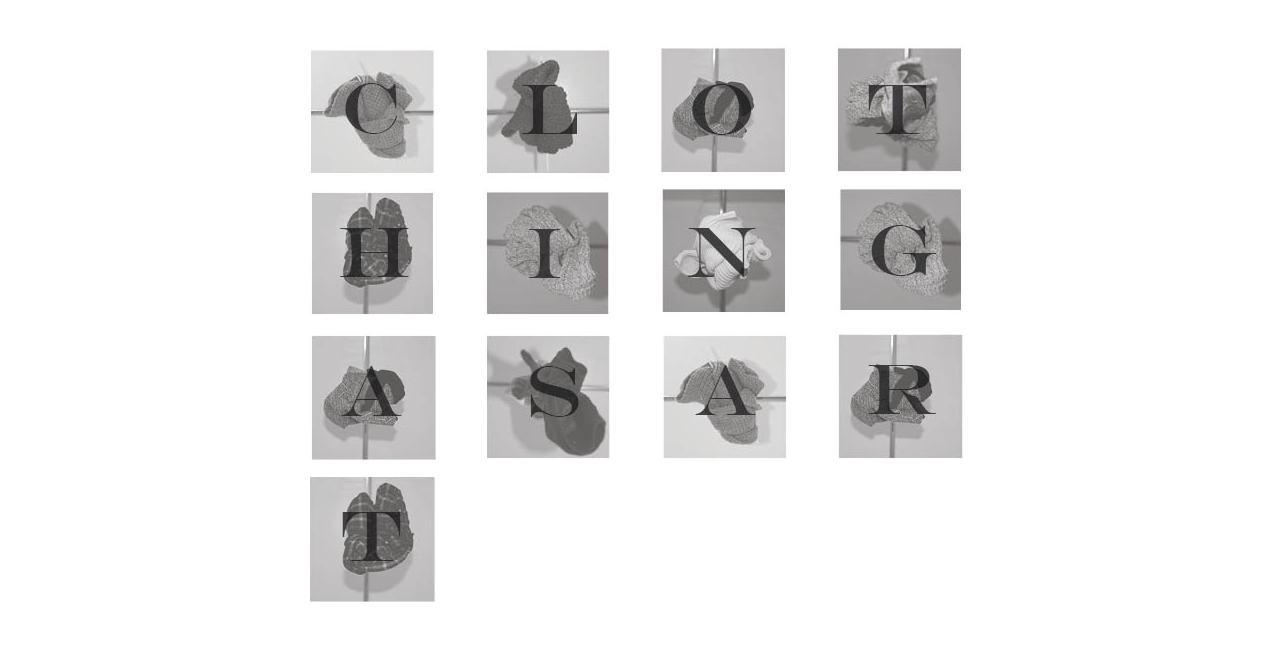
Repository: parkh899/parkh899.github.io
Page: studio/space/index.html
The author's editor kept a record of every edit. The page is drawn from the files as they stood at one moment, then again after the next edit.
The browser window is 1280 px wide. The pictures show the whole page.

Above is the page before.

After the next edit:
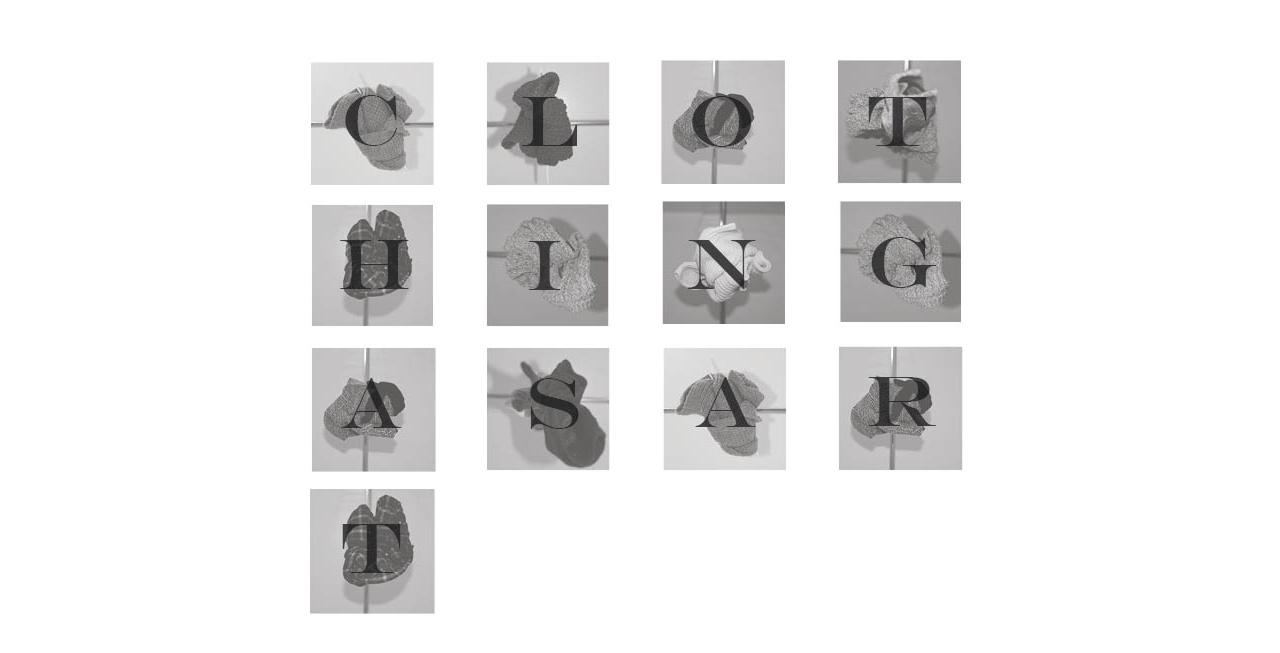
The edit:
--- a/studio/space/index.html
+++ b/studio/space/index.html
@@ -16,7 +16,7 @@
 <center>
 
 <table>
-
+<tr><td>
 <table>
 	<tr>
 	  <td>
